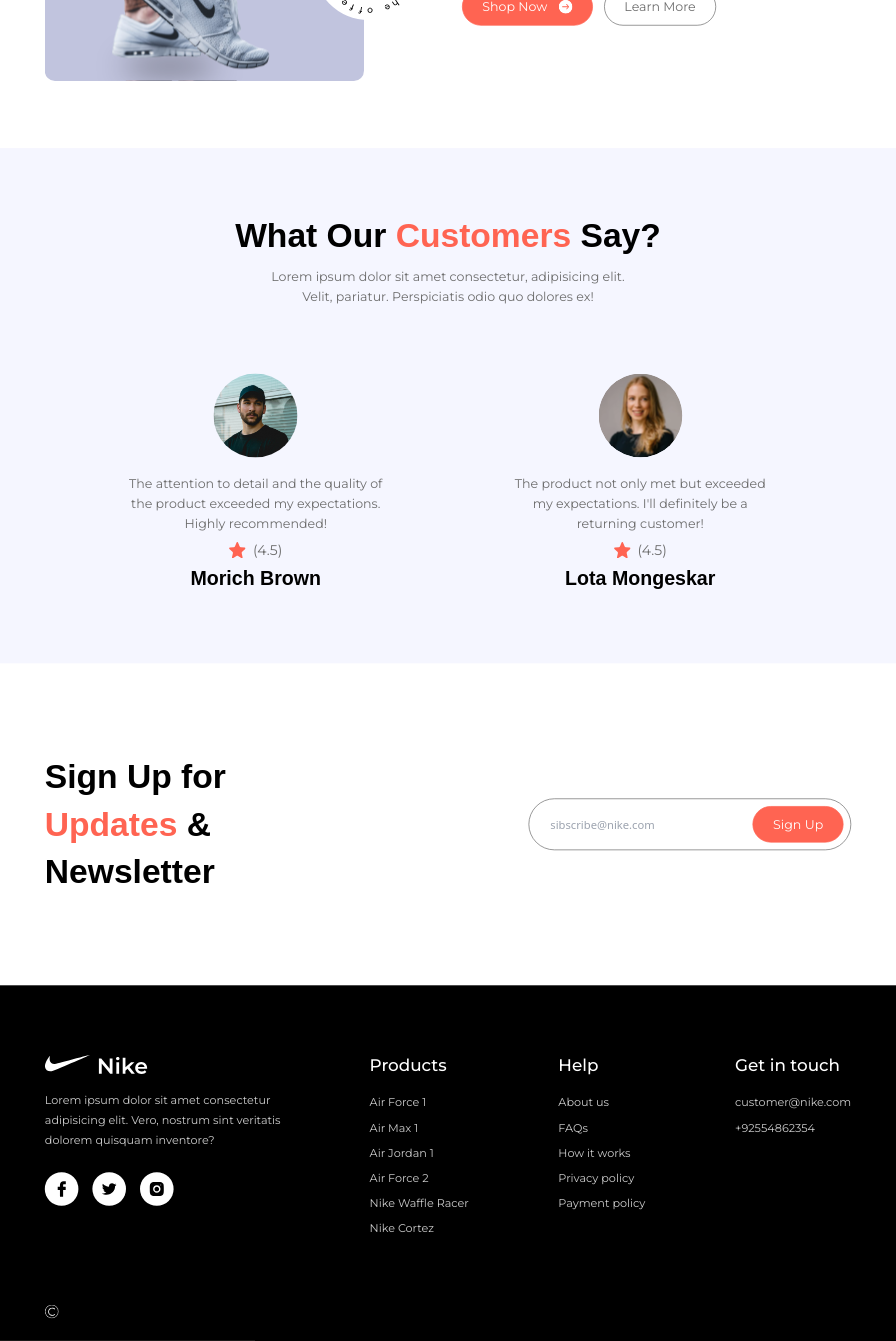
Repository: tynoschuck/nike-landpage
Page: /
The author's editor kept a copy of each file at every save. The page is drawn from the files as they stood at one save, then again after the next save.
The browser window is 1280 px wide. The pictures show the part of the page from y = 3221 to 5141 px (the page is 5137 px tall before and 5141 px after), at 70% of full size.
Some web fonts or font styles are not loaded; a fallback is used. The project was rebuilt for these pictures with package versions that can differ from the ones it lists, and the page was loaded fresh each time. Also part of the build but not shown: vite.config.js.

Above is the page before, as saved 2023-12-01 15:11:43.

After the next save:
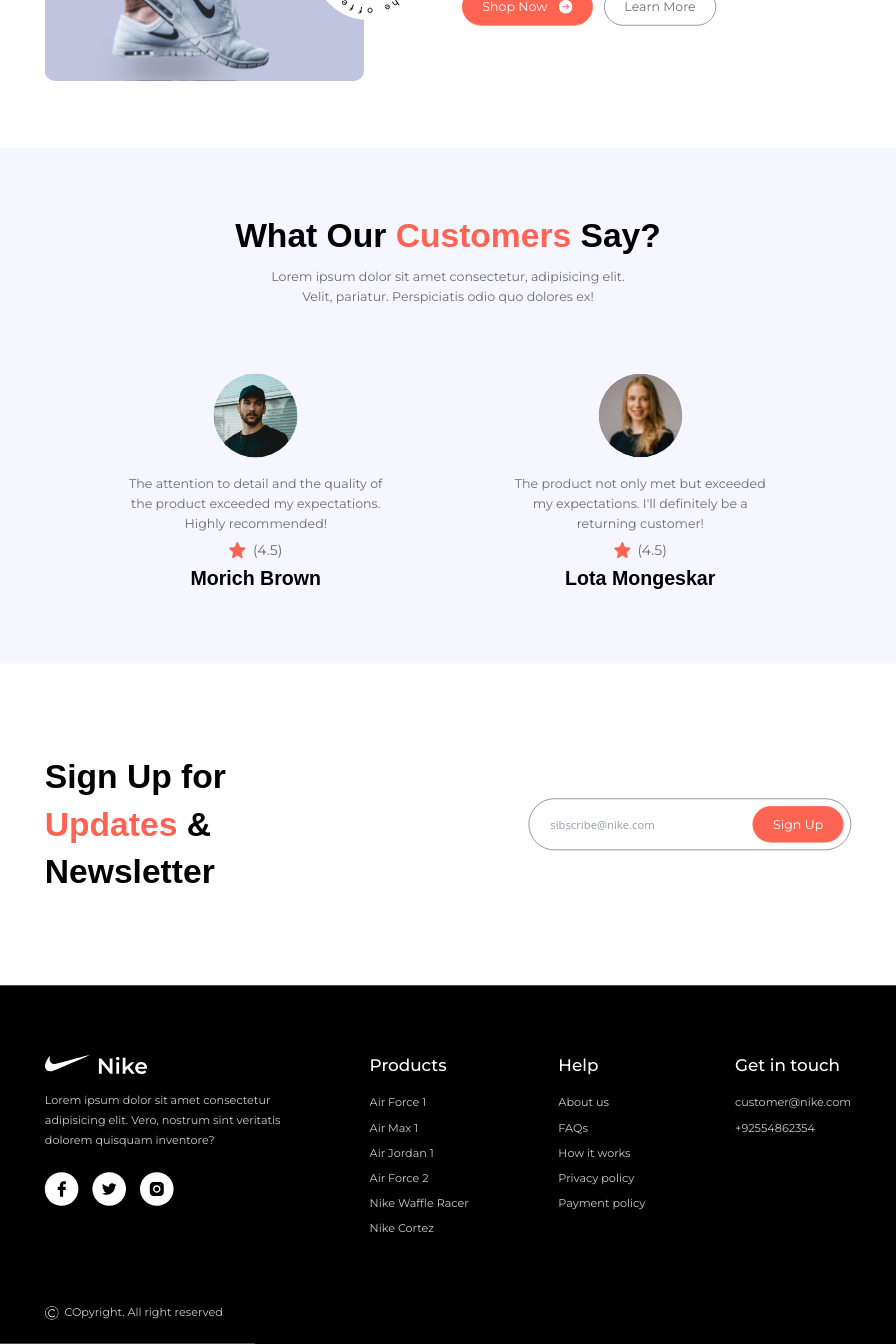
Saved 21 s later.
--- a/src/sections/Footer.jsx
+++ b/src/sections/Footer.jsx
@@ -59,6 +59,7 @@
           height={20}
           className="rounded-full m-0"
           />
+          <p>COpyright. All right reserved</p>
         </div>
       </div>
     </footer>
